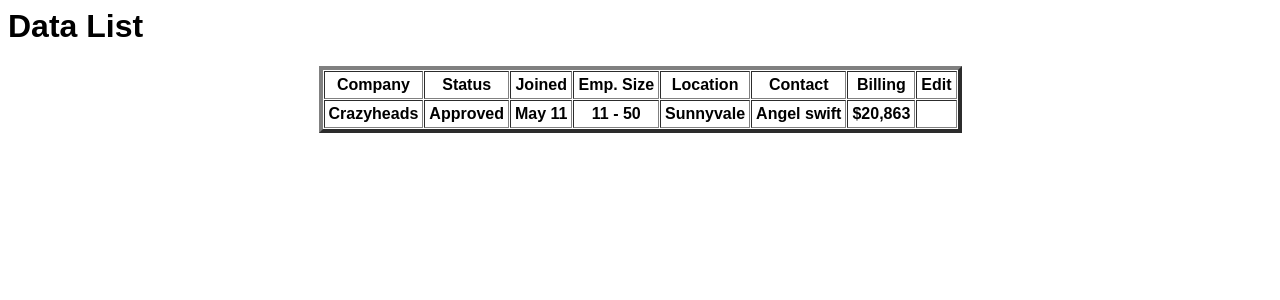
Repository: AdityaTech-Pro/FullStackWithBridgelabz
Page: Assignment2/Data_List/index.html
An editor plug-in stored every save of this project. The page is shown before and after the next save, followed by the edit.
The browser window is 1280 px wide. The pictures show the whole page.

Above is the page before, as saved 2025-10-15 09:28:06.

### Assignment2/Data_List/index.html
<html>

<head>
    <style>
        body {
            font-family: Arial, Helvetica, sans-serif;
        }

        .center {
            margin-left: auto;
            margin-right: auto;
        }
    </style>
</head>
<title>
    <h2>Welcome to My Web Page</h2>
</title>

<body>
    <table border="4" cellspacing="1" cellpadding="4" class="center">
        <h1 class="center">Data List</h1>
        <tr>
            <th>Company</th>
            <th>Status</th>
            <th>Joined</th>
            <th>Emp. Size</th>
            <th>Location</th>
            <th>Contact</th>
            <th>Billing</th>
            <th>Edit</th>
        </tr>

        <tr>
            <th>Crazyheads</th>
            <th>Approved</th>
            <th>May 11</th>
            <th>11 - 50</th>
            <th>Sunnyvale</th>
            <th>Angel swift</th>
            <th>$20,863</th>
            <th>
                <img></th>
        </tr>

</body>

</html>

After the next save:
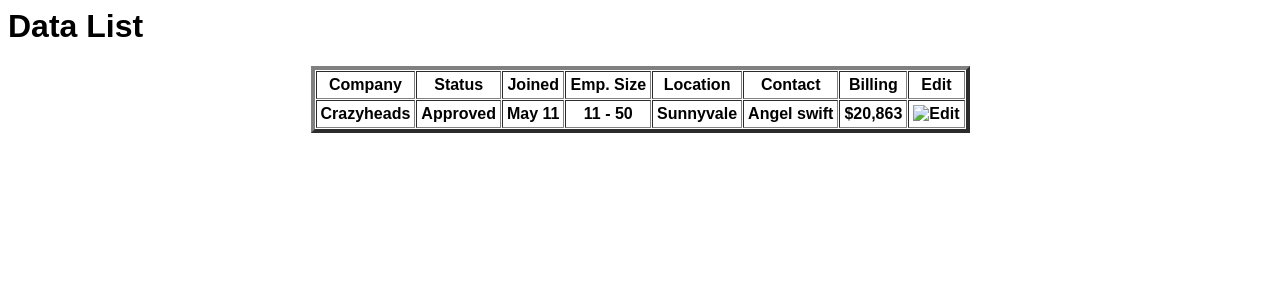
Not found: Assignment2/Data_List/edit-icon.png
Saved 4 s later.
--- a/Assignment2/Data_List/index.html
+++ b/Assignment2/Data_List/index.html
@@ -39,7 +39,7 @@
             <th>Angel swift</th>
             <th>$20,863</th>
             <th>
-                <img></th>
+                <img src="edit-icon.png" alt="Edit">
         </tr>
 
 </body>
